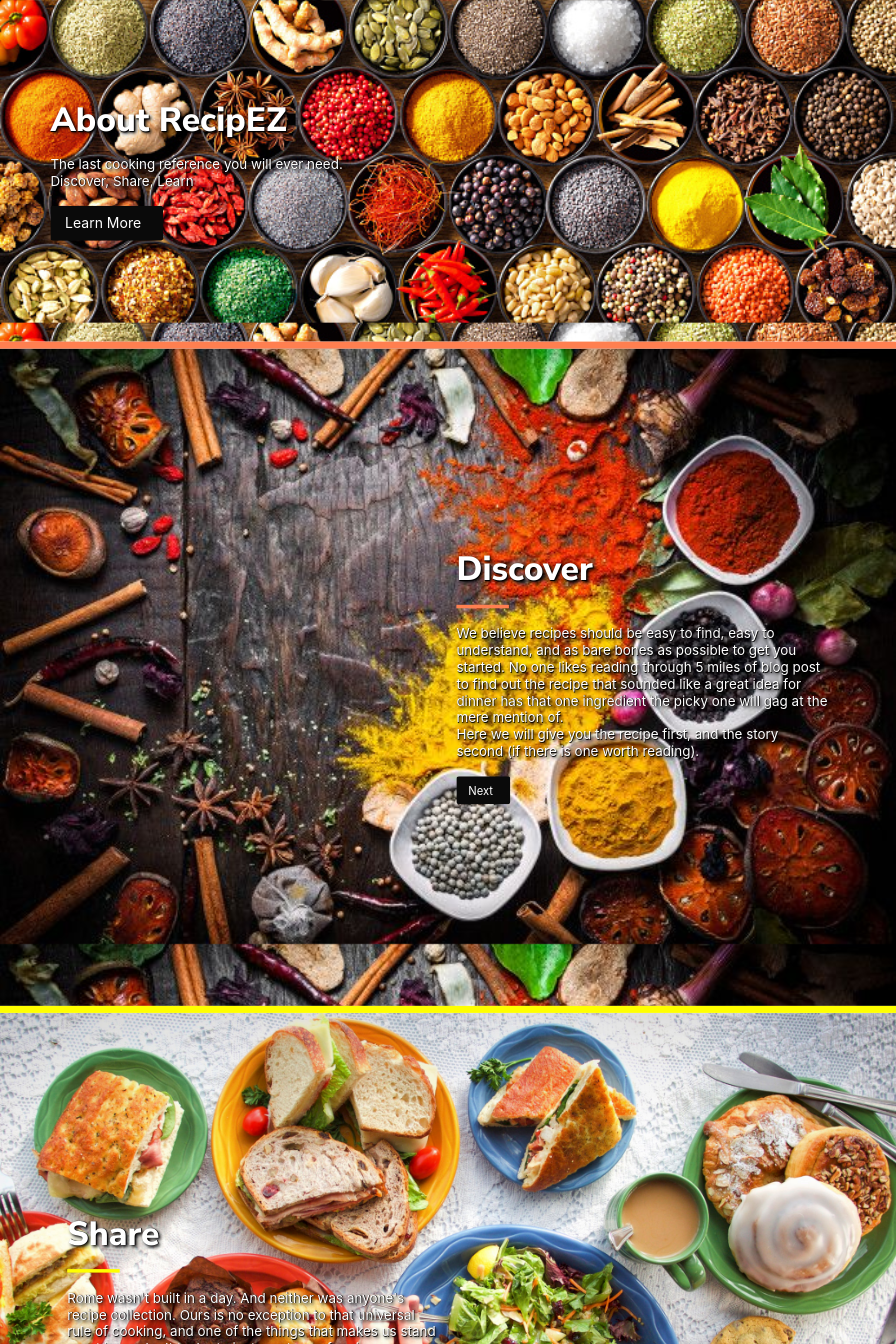
Repository: Amir-Hackett/RecipEZ
Page: assets/sub-pages/about-us.html
The author's editor kept a copy of each file at every save. The page is drawn from the files as they stood at one save, then again after the next save.
The browser window is 1280 px wide. The pictures show the part of the page from y = 0 to 1920 px (the page is 4027 px tall), at 70% of full size.
Some icons come from a web library that is not loaded, so they are not drawn. Backgrounds fixed to the window are drawn as part of the page. Some web libraries are served in a nearby version.

Above is the page before, as saved 2022-04-03 21:02:32.

After the next save:
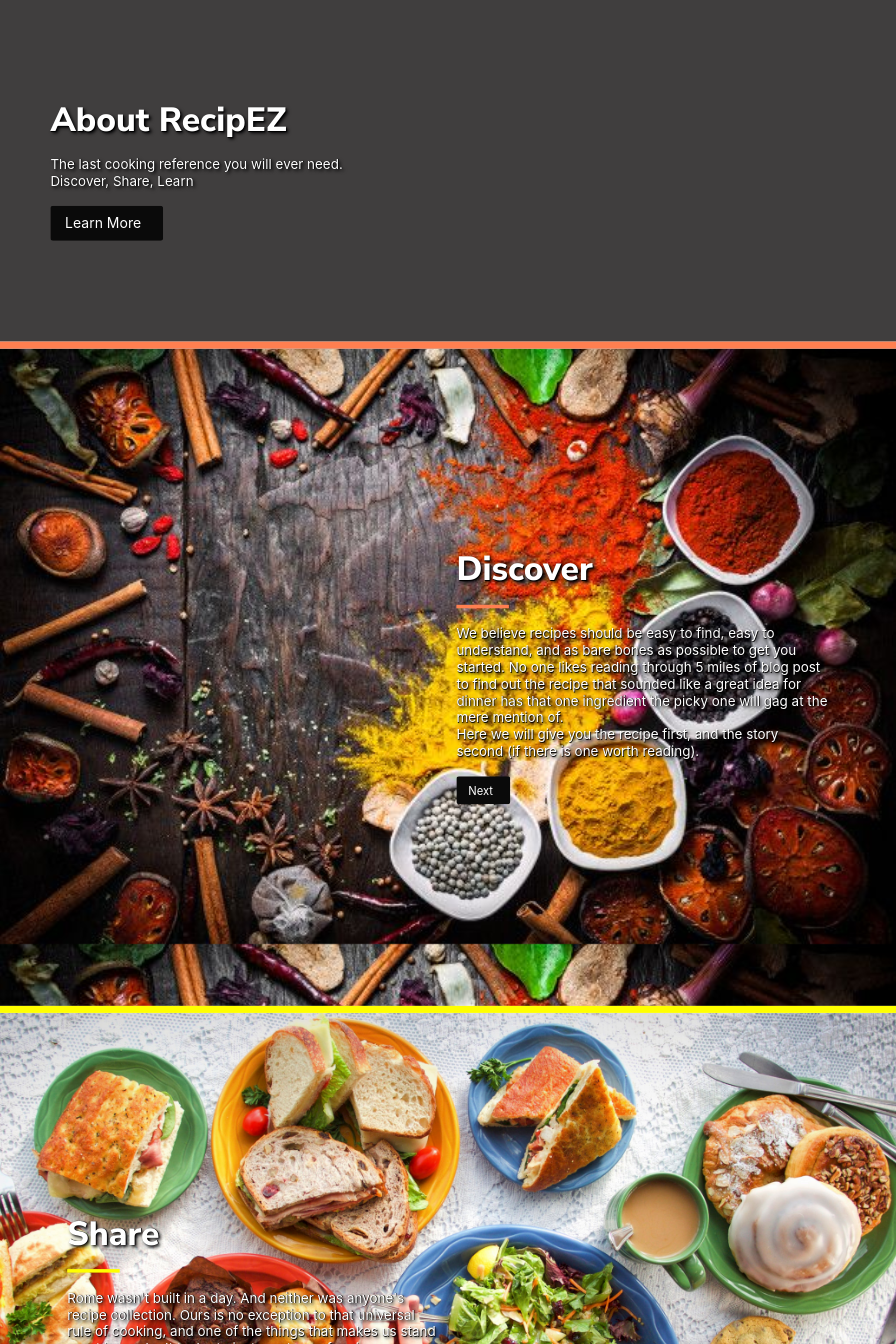
Saved 16 min 20 s later.
--- a/assets/css/about-us.css
+++ b/assets/css/about-us.css
@@ -5,7 +5,7 @@
 
 .hero,
 .cta {
-  background-image: url(../images/all_the_colors.jpg);
+  background-color: rgb(64, 62, 62);
   background-size: contain;
 }
 
